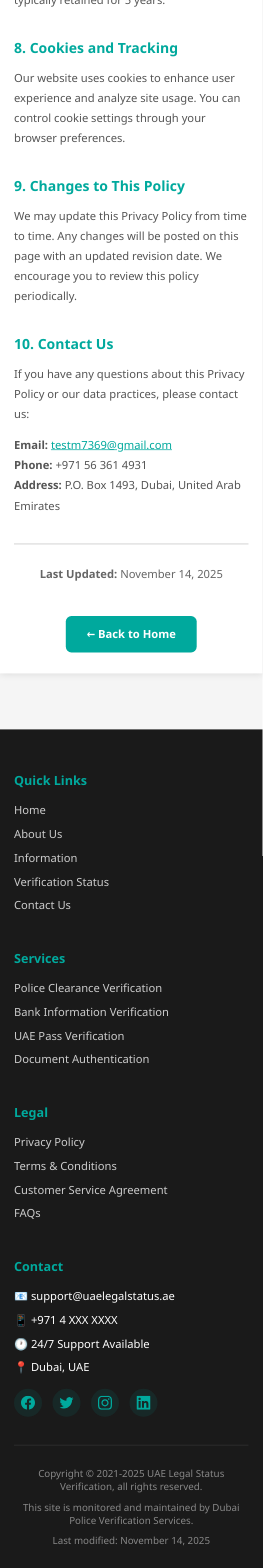
Repository: liamt1468-gif/damp
Page: site/privacy-policy.html
These files come from the project's save history. The page is drawn as it stood at one moment and after the next save; the edit follows.
The browser window is 375 px wide. The pictures show the part of the page from y = 2770 to 5010 px (the page is 5010 px tall before and 4840 px after), at 70% of full size.

Above is the page before, as saved 2025-11-14 05:44:14.

After the next save:
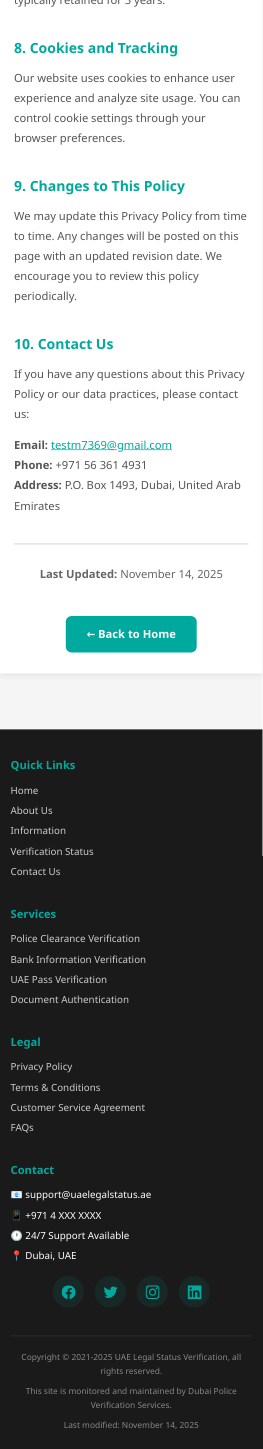
Saved 28 s later.
--- a/site/privacy-policy.html
+++ b/site/privacy-policy.html
@@ -244,6 +244,50 @@
             margin: 0 auto;
             background: white;
             box-shadow: 0 2px 10px rgba(0,0,0,0.1);
+        }
+
+        /* Enhanced Footer Mobile Responsiveness */
+        @media (max-width: 480px) {
+            footer {
+                padding: 40px 15px 15px;
+            }
+
+            .footer-content {
+                grid-template-columns: 1fr;
+                gap: 30px;
+            }
+
+            .footer-section h3 {
+                font-size: 16px;
+                margin-bottom: 15px;
+            }
+
+            .footer-section ul li {
+                margin-bottom: 10px;
+                font-size: 14px;
+            }
+
+            .footer-section ul li a {
+                word-wrap: break-word;
+            }
+
+            .social-links {
+                justify-content: center;
+            }
+
+            .social-links a {
+                width: 45px;
+                height: 45px;
+            }
+
+            .footer-bottom {
+                padding-top: 20px;
+            }
+
+            .footer-bottom p {
+                font-size: 12px;
+                line-height: 1.6;
+            }
         }
 
         .content {
